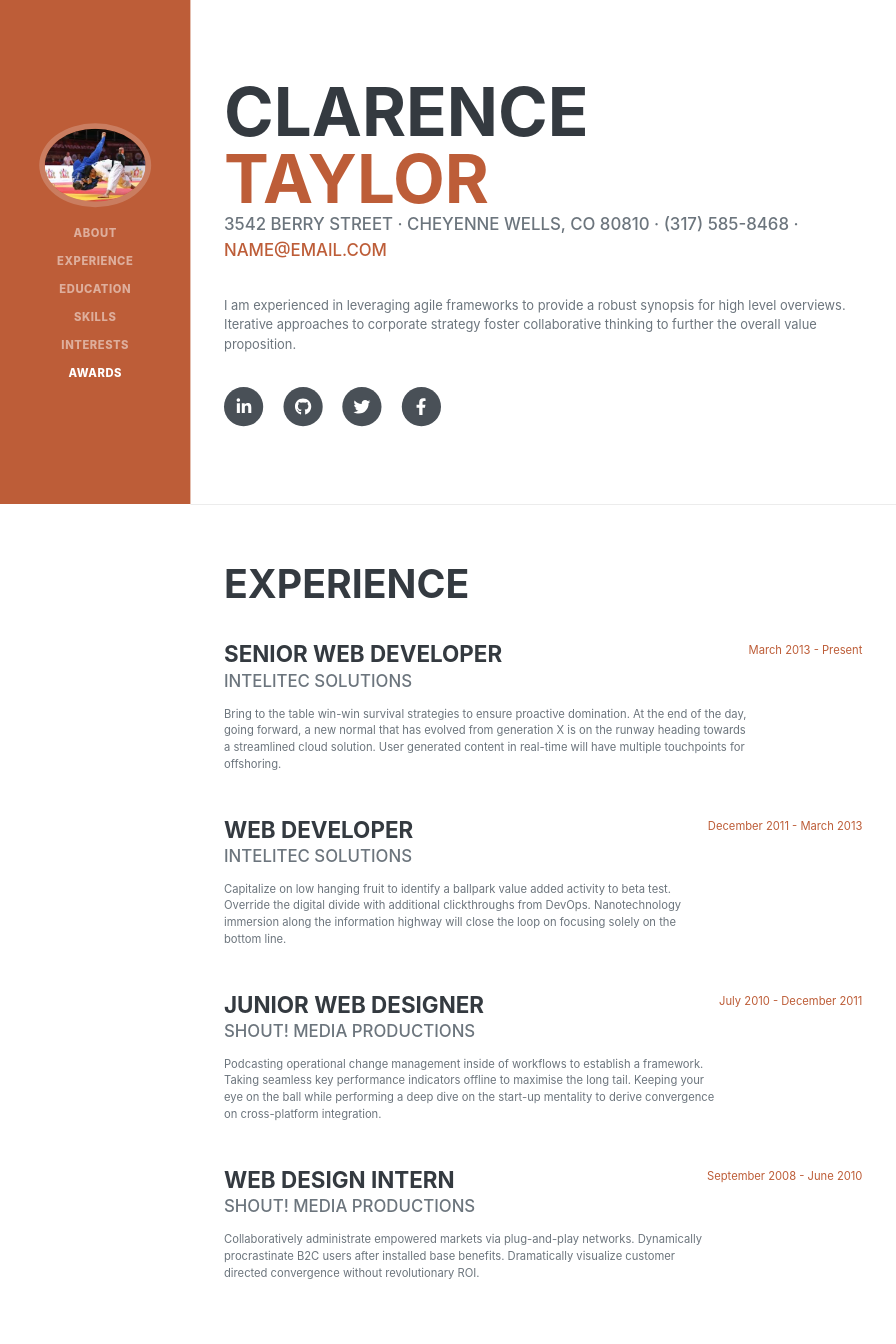
Repository: Sajeerks/resume-sample-c9
Page: startbootstrap-resume-gh-pages/index.html
The author's editor kept a record of every edit. The page is drawn from the files as they stood at one moment, then again after the next edit.
The browser window is 1280 px wide. The pictures show the part of the page from y = 0 to 1920 px (the page is 4810 px tall), at 70% of full size.
Some web fonts or font styles are not loaded; a fallback is used.

Above is the page before.

After the next edit:
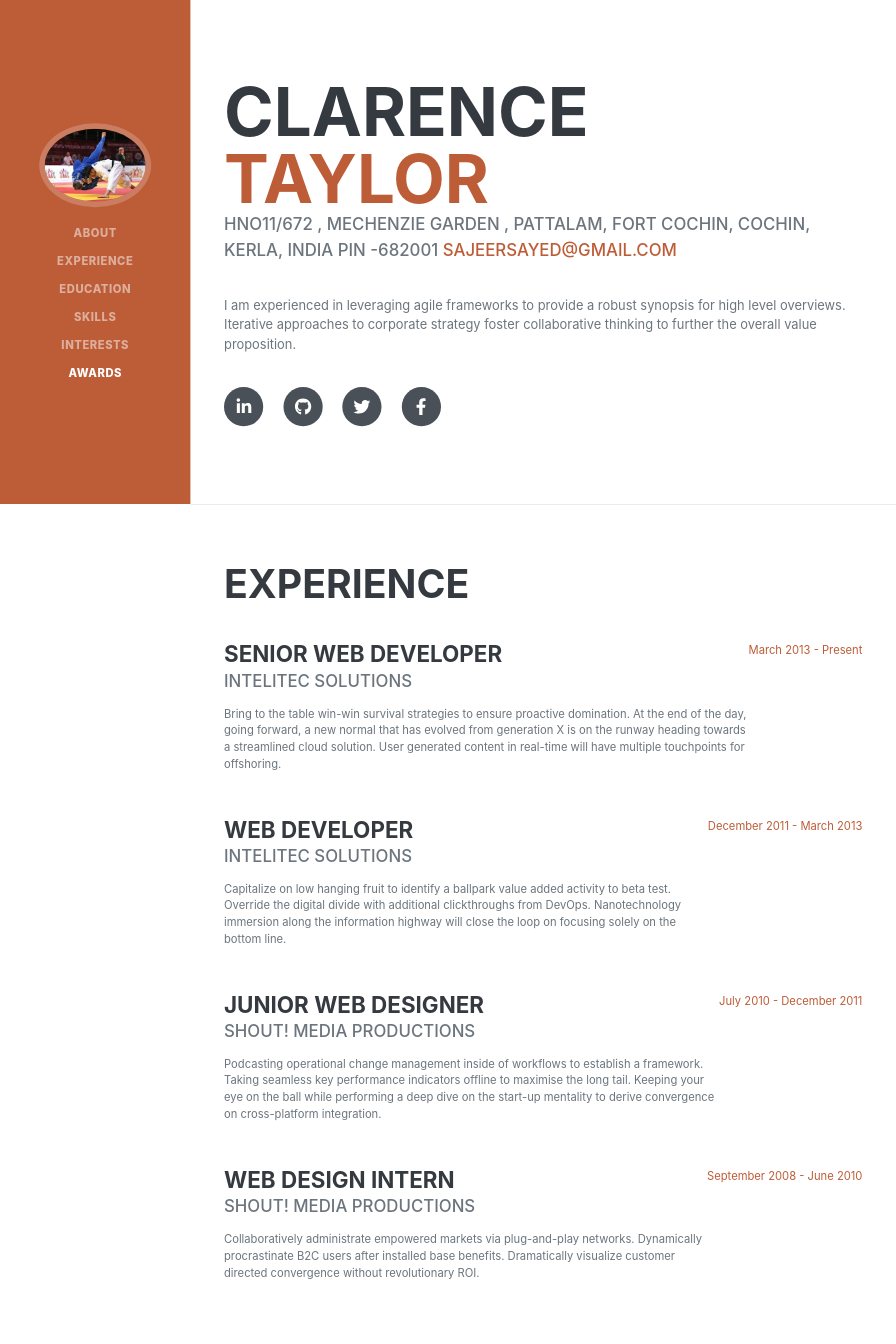
The edit:
--- a/startbootstrap-resume-gh-pages/index.html
+++ b/startbootstrap-resume-gh-pages/index.html
@@ -44,8 +44,8 @@
                         <span class="text-primary">Taylor</span>
                     </h1>
                     <div class="subheading mb-5">
-                        3542 Berry Street · Cheyenne Wells, CO 80810 · (317) 585-8468 ·
-                        <a href="mailto:name@email.com">name@email.com</a>
+                        Hno11/672 , Mechenzie Garden , Pattalam, Fort Cochin, Cochin, Kerla, India PIN -682001
+                        <a href="mailto:name@email.com">sajeersayed@gmail.com</a>
                     </div>
                     <p class="lead mb-5">I am experienced in leveraging agile frameworks to provide a robust synopsis for high level overviews. Iterative approaches to corporate strategy foster collaborative thinking to further the overall value proposition.</p>
                     <div class="social-icons">
